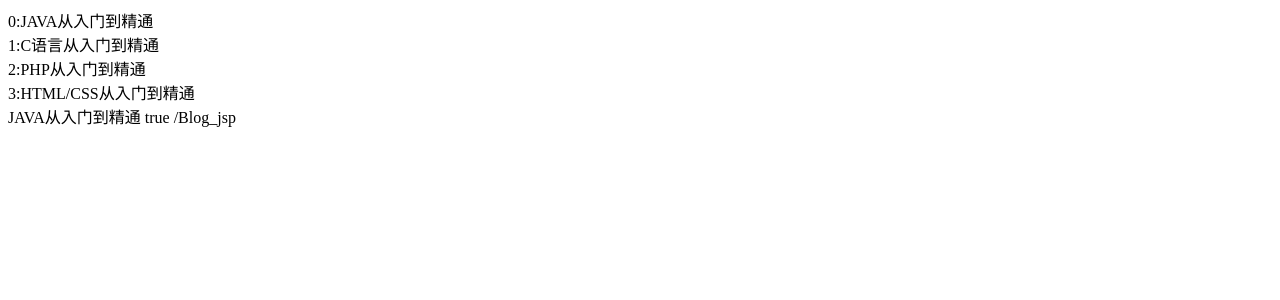
Repository: hblvsjtu/Blog_jsp
Page: http://localhost/Blog_jsp/jsp/TestEL.jsp
An editor plug-in stored every save of this project. The page is shown before and after the next save, followed by the edit.
The browser window is 1280 px wide. The pictures show the whole page.
The page is served by Tomcat 9. Other server files are loaded and not shown.

Above is the page before, as saved 2017-11-19 06:01:04.

### Blog_jsp/WebContent/jsp/TestEL.jsp
<%@ page language="java" contentType="text/html; charset=UTF-8"
    pageEncoding="UTF-8"%>
<!DOCTYPE html>
<html>
<head>
<meta http-equiv="Content-Type" content="text/html; charset=UTF-8">
<title>Hello EL</title>
</head>
<body>
	<%
		String[] book={"JAVA从入门到精通","C语言从入门到精通","PHP从入门到精通","HTML/CSS从入门到精通"};
		request.setAttribute("book", book);
	%>
	<%
		String[] book1=(String[])request.getAttribute("book");
		for(int i=0;i<book1.length;i++){
			request.setAttribute("booknum", i);
	%>
	${booknum }:${book[booknum] }<br>
	<%
		}
	%>
	${book[0]}
	${not empty book[0]}
	${pageContext.request.contextPath}
</body>
</html>

After the next save:
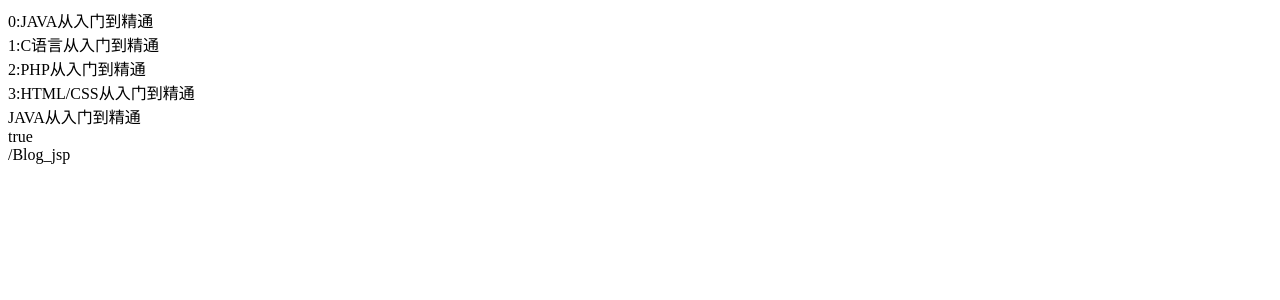
Saved 15 min 9 s later.
--- a/Blog_jsp/WebContent/jsp/TestEL.jsp
+++ b/Blog_jsp/WebContent/jsp/TestEL.jsp
@@ -20,8 +20,8 @@
 	<%
 		}
 	%>
-	${book[0]}
-	${not empty book[0]}
-	${pageContext.request.contextPath}
+	${book[0]}<br>
+	${not empty book[0]}<br>
+	${pageContext.request.contextPath}<br>
 </body>
 </html>
